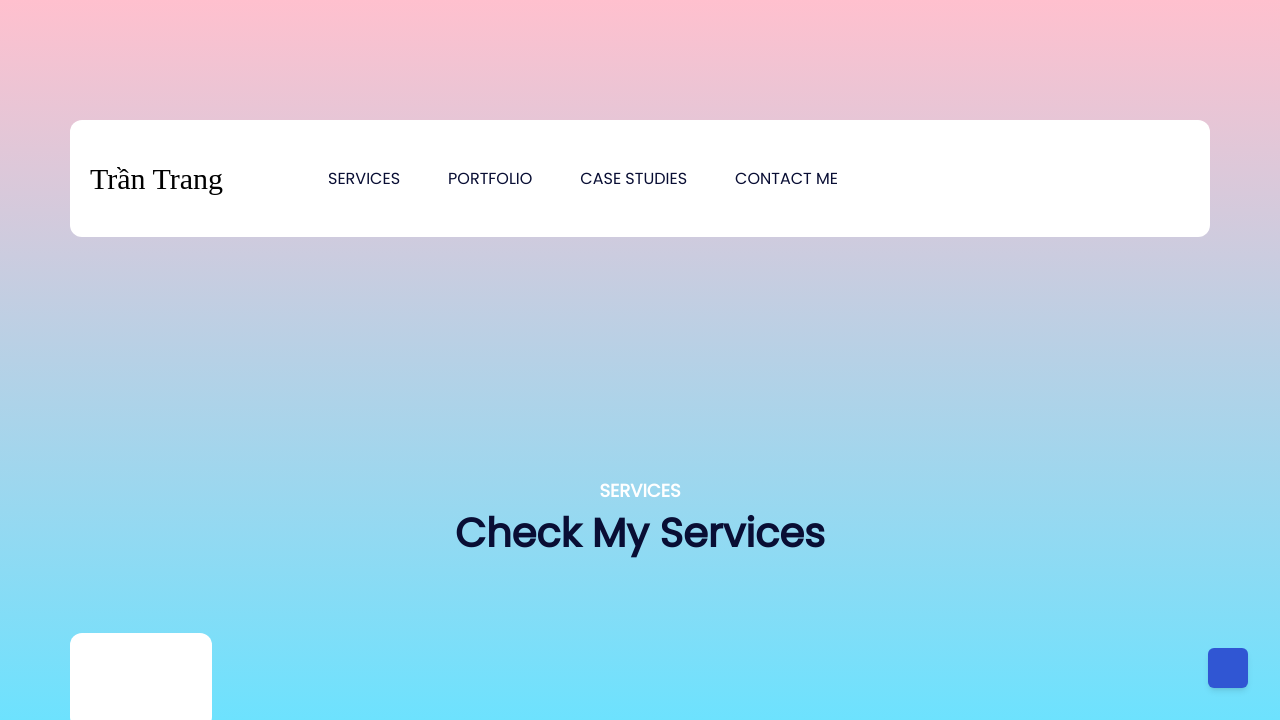
Repository: trantrang2101/CV
Page: index.html
The author's editor kept a copy of each file at every save. The page is drawn from the files as they stood at one save, then again after the next save.
The browser window is 1280 px wide. The pictures show the whole page.
An inner scrolling area shows only its first screen. Some web fonts or font styles are not loaded; a fallback is used.

Above is the page before, as saved 2022-07-13 19:35:30.
Console error: TypeError: Cannot read properties of null (reading 'offsetTop')

### index.html
<!DOCTYPE html>
<html lang="en" class="scroll-smooth">

<head>
    <meta charset="UTF-8" />
    <meta http-equiv="X-UA-Compatible" content="IE=edge" />
    <meta name="viewport" content="width=device-width, initial-scale=1.0" />
    <title>
        Play | Free Tailwind CSS Template for Startup and SaaS By TailGrids
    </title>
    <link rel="shortcut icon" href="assets/images/favicon.png" type="image/x-icon" />
    <link rel="stylesheet" href="assets/css/animate.css" />
    <link rel="stylesheet" href="assets/css/tailwind.css" />
    <link rel="stylesheet" href="assets/css/style.css" />

    <script src="assets/js/wow.min.js"></script>
    <script>
        new WOW().init();
    </script>
</head>

<body>
    <section id="home" class="pt-20 lg:pt-[120px] pb-20 lg:pb-[120px]">
        <div class="container">
            <div class="bg-white shadow-xl shadow-dark dark:shadow-xl dark:shadow-light wow fadeInUp rounded-xl"
                data-wow-delay=".2s" style="visibility: visible; animation-delay: 0.2s">
                <div class="flex -mx-4 px-5 items-center justify-between relative">
                    <div class="w-60 max-w-full">
                        <a href="#home" class="navbar-logo w-full block py-5">
                            <h1 class="font-script p-4">Trần Trang</h1>
                        </a>
                    </div>
                    <div class="flex justify-between items-center w-full">
                        <div>
                            <button id="navbarToggler"
                                class="block absolute mx-4 right-4 top-1/2 -translate-y-1/2 lg:hidden focus:ring-2 ring-primary px-3 py-[6px] rounded-lg">
                                <span class="relative w-[30px] h-[2px] my-[6px] block bg-dark"></span>
                                <span class="relative w-[30px] h-[2px] my-[6px] block bg-dark"></span>
                                <span class="relative w-[30px] h-[2px] my-[6px] block bg-dark"></span>
                            </button>
                            <nav id="navbarCollapse"
                                class="absolute py-5 lg:py-0 lg:px-4 xl:px-6 bg-white lg:bg-transparent shadow-lg rounded-lg max-w-[250px] w-full lg:max-w-full lg:w-full right-4 top-full hidden lg:block lg:static lg:shadow-none">
                                <ul class="blcok lg:flex">
                                    <li class="relative group">
                                        <a href="#services"
                                            class="ud-menu-scroll uppercase text-base text-dark lg:group-hover:opacity-70 lg:group-hover:text-dark group-hover:text-primary py-2 lg:py-6 lg:inline-flex lg:px-0 flex mx-8 lg:mr-0">
                                            services
                                        </a>
                                    </li>
                                    <li class="relative group">
                                        <a href="#portfolio"
                                            class="ud-menu-scroll uppercase text-base text-dark lg:text-dark lg:group-hover:opacity-70 lg:group-hover:text-dark group-hover:text-primary py-2 lg:py-6 lg:inline-flex lg:px-0 flex mx-8 lg:mr-0 lg:ml-7 xl:ml-12">
                                            portfolio
                                        </a>
                                    </li>
                                    <li class="relative group">
                                        <a href="#case"
                                            class="ud-menu-scroll uppercase text-base text-dark lg:text-dark lg:group-hover:opacity-70 lg:group-hover:text-dark group-hover:text-primary py-2 lg:py-6 lg:inline-flex lg:px-0 flex mx-8 lg:mr-0 lg:ml-7 xl:ml-12">
                                            case studies
                                        </a>
                                    </li>
                                    <li class="relative group">
                                        <a href="#contact"
                                            class="ud-menu-scroll uppercase text-base text-dark lg:text-dark lg:group-hover:opacity-70 lg:group-hover:text-dark group-hover:text-primary py-2 lg:py-6 lg:inline-flex lg:px-0 flex mx-8 lg:mr-0 lg:ml-7 xl:ml-12">
                                            contact me
                                        </a>
                                    </li>
                                </ul>
                            </nav>
                        </div>
                    </div>
                </div>
            </div>
        </div>
    </section>
    <section id="services" class="pt-20 lg:pt-[120px] pb-12 lg:pb-[90px] relative z-20 overflow-hidden">
        <div class="container">
            <div class="flex flex-wrap -mx-4">
                <div class="w-full px-4">
                    <div class="text-center mx-auto mb-[60px] lg:mb-20 max-w-[620px]">
                        <span class="font-semibold text-lg text-white mb-2 block">
                            SERVICES
                        </span>
                        <h2 class="font-bold text-3xl sm:text-4xl md:text-[40px] text-dark mb-4">
                            Check My Services
                        </h2>
                    </div>
                </div>
            </div>

            <div class="flex flex-wrap items-center justify-around">
                <div class="w-auto w-1/3">
                    <div class="bg-white rounded-xl relative z-10 overflow-hidden border border-primary border-opacity-20 shadow-pricing py-10 px-8 sm:p-12 lg:py-10 lg:px-6 xl:p-12 mb-10 text-center wow fadeInUp"
                        data-wow-delay=".15s" style="visibility: visible; animation-delay: 0.15s">

                    </div>
                    <div class="container">
                        <h3>Code các Thứ</h3>
                        <span class="" </div> </div> <div class="w-auto w-1/3">
                            <div class="bg-primary bg-gradient-to-b from-primary to-[#179BEE] rounded-xl relative z-10 overflow-hidden shadow-pricing py-10 px-8 sm:p-12 lg:py-10 lg:px-6 xl:p-12 mb-10 text-center wow fadeInUp"
                                data-wow-delay=".1s" style="visibility: visible; animation-delay: 0.1s">

                            </div>
                    </div>
                    <div class="w-auto w-1/3">
                        <div class="bg-white rounded-xl relative z-10 overflow-hidden border border-primary border-opacity-20 shadow-pricing py-10 px-8 sm:p-12 lg:py-10 lg:px-6 xl:p-12 mb-10 text-center wow fadeInUp"
                            data-wow-delay=".15s" style="visibility: visible; animation-delay: 0.15s">

                        </div>
                    </div>
                </div>
            </div>
    </section>
    <a href="javascript:void(0)"
        class="hidden items-center justify-center bg-primary text-white w-10 h-10 rounded-md fixed bottom-8 right-8 left-auto z-[999] hover:bg-dark back-to-top shadow-md transition duration-300 ease-in-out"
        style="display: flex">
        <span class="w-3 h-3 border-t border-l border-white rotate-45 mt-[6px]"></span>
    </a>
    <script src="assets/js/main.js"></script>
    <script>
        const pageLink = document.querySelectorAll(".ud-menu-scroll");
        pageLink.forEach((elem) => {
            elem.addEventListener("click", (e) => {
                e.preventDefault();
                document.querySelector(elem.getAttribute("href")).scrollIntoView({
                    behavior: "smooth",
                    offsetTop: 1 - 60,
                });
            });
        });

        // section menu active
        function onScroll(event) {
            const sections = document.querySelectorAll(".ud-menu-scroll");
            const scrollPos =
                window.pageYOffset ||
                document.documentElement.scrollTop ||
                document.body.scrollTop;

            for (let i = 0; i < sections.length; i++) {
                const currLink = sections[i];
                const val = currLink.getAttribute("href");
                const refElement = document.querySelector(val);
                const scrollTopMinus = scrollPos + 73;
                if (
                    refElement.offsetTop <= scrollTopMinus &&
                    refElement.offsetTop + refElement.offsetHeight > scrollTopMinus
                ) {
                    document
                        .querySelector(".ud-menu-scroll")
                        .classList.remove("active");
                    currLink.classList.add("active");
                } else {
                    currLink.classList.remove("active");
                }
            }
        }

        window.document.addEventListener("scroll", onScroll);
    </script>
</body>

</html>

### assets/css/style.css
html,
body {
  width: 100%;
  height: 100%;
}
html,
body {
  width: 100%;
  height: 100%;
  overflow: auto;
  background: linear-gradient(180deg, #ffc0ce 0%, #6de2fe 100%);
  background-repeat: no-repeat;
  background-position: center top;
  background-size: contain;
}
.font-script {
  font-family: "Imperial Script" !important;
}
h1.font-script {
  font-size: 30px;
}

### assets/js/main.js
(function () {
  "use strict";

  // ======= Sticky
  window.onscroll = function () {
    const ud_header = document.querySelector(".ud-header");
    const sticky = ud_header.offsetTop;
    const logo = document.querySelector(".header-logo");

    if (window.pageYOffset > sticky) {
      ud_header.classList.add("sticky");
    } else {
      ud_header.classList.remove("sticky");
    }

    // === logo change
    if (ud_header.classList.contains("sticky")) {
      logo.src = "assets/images/logo/logo.svg";
    } else {
      logo.src = "assets/images/logo/logo-white.svg";
    }

    // show or hide the back-top-top button
    const backToTop = document.querySelector(".back-to-top");
    if (
      document.body.scrollTop > 50 ||
      document.documentElement.scrollTop > 50
    ) {
      backToTop.style.display = "flex";
    } else {
      backToTop.style.display = "none";
    }
  };

  // ===== responsive navbar
  let navbarToggler = document.querySelector("#navbarToggler");
  const navbarCollapse = document.querySelector("#navbarCollapse");

  navbarToggler.addEventListener("click", () => {
    navbarToggler.classList.toggle("navbarTogglerActive");
    navbarCollapse.classList.toggle("hidden");
  });

  //===== close navbar-collapse when a  clicked
  document
    .querySelectorAll("#navbarCollapse ul li:not(.submenu-item) a")
    .forEach((e) =>
      e.addEventListener("click", () => {
        navbarToggler.classList.remove("navbarTogglerActive");
        navbarCollapse.classList.add("hidden");
      })
    );

  // ===== Sub-menu
  const submenuItems = document.querySelectorAll(".submenu-item");
  submenuItems.forEach((el) => {
    el.querySelector("a").addEventListener("click", () => {
      el.querySelector(".submenu").classList.toggle("hidden");
    });
  });

  // ===== Faq accordion
  const faqs = document.querySelectorAll(".single-faq");
  faqs.forEach((el) => {
    el.querySelector(".faq-btn").addEventListener("click", () => {
      el.querySelector(".icon").classList.toggle("rotate-180");
      el.querySelector(".faq-content").classList.toggle("hidden");
    });
  });

  // ===== wow js
  new WOW().init();

  // ====== scroll top js
  function scrollTo(element, to = 0, duration = 500) {
    const start = element.scrollTop;
    const change = to - start;
    const increment = 20;
    let currentTime = 0;

    const animateScroll = () => {
      currentTime += increment;

      const val = Math.easeInOutQuad(currentTime, start, change, duration);

      element.scrollTop = val;

      if (currentTime < duration) {
        setTimeout(animateScroll, increment);
      }
    };

    animateScroll();
  }

  Math.easeInOutQuad = function (t, b, c, d) {
    t /= d / 2;
    if (t < 1) return (c / 2) * t * t + b;
    t--;
    return (-c / 2) * (t * (t - 2) - 1) + b;
  };

  document.querySelector(".back-to-top").onclick = () => {
    scrollTo(document.documentElement);
  };
})();

Loaded but not shown: assets/css/animate.css (library); assets/css/tailwind.css (library); assets/js/wow.min.js (library)

After the next save:
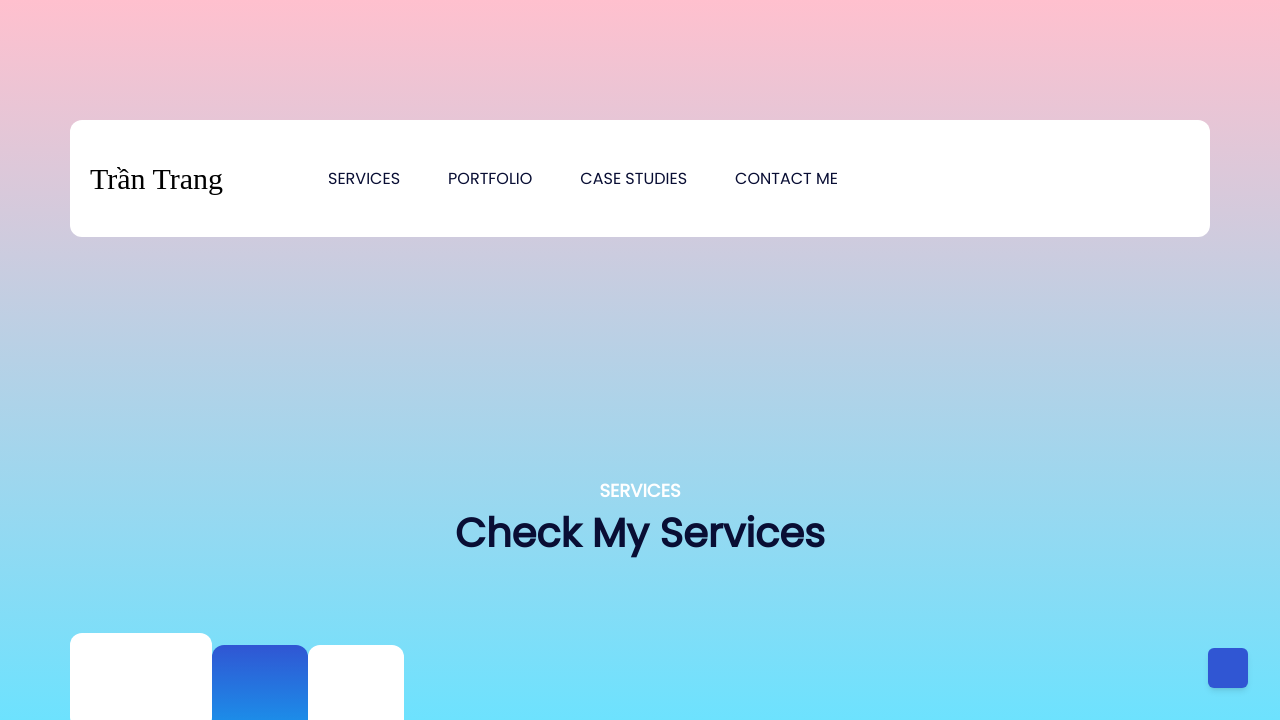
Saved 36 s later.
--- a/index.html
+++ b/index.html
@@ -96,20 +96,23 @@
                     </div>
                     <div class="container">
                         <h3>Code các Thứ</h3>
-                        <span class="" </div> </div> <div class="w-auto w-1/3">
-                            <div class="bg-primary bg-gradient-to-b from-primary to-[#179BEE] rounded-xl relative z-10 overflow-hidden shadow-pricing py-10 px-8 sm:p-12 lg:py-10 lg:px-6 xl:p-12 mb-10 text-center wow fadeInUp"
-                                data-wow-delay=".1s" style="visibility: visible; animation-delay: 0.1s">
+                        <span class=""></span>
+                    </div>
+                </div>
+                <div class="w-auto w-1/3">
+                    <div class="bg-primary bg-gradient-to-b from-primary to-[#179BEE] rounded-xl relative z-10 overflow-hidden shadow-pricing py-10 px-8 sm:p-12 lg:py-10 lg:px-6 xl:p-12 mb-10 text-center wow fadeInUp"
+                        data-wow-delay=".1s" style="visibility: visible; animation-delay: 0.1s">
 
-                            </div>
                     </div>
-                    <div class="w-auto w-1/3">
-                        <div class="bg-white rounded-xl relative z-10 overflow-hidden border border-primary border-opacity-20 shadow-pricing py-10 px-8 sm:p-12 lg:py-10 lg:px-6 xl:p-12 mb-10 text-center wow fadeInUp"
-                            data-wow-delay=".15s" style="visibility: visible; animation-delay: 0.15s">
+                </div>
+                <div class="w-auto w-1/3">
+                    <div class="bg-white rounded-xl relative z-10 overflow-hidden border border-primary border-opacity-20 shadow-pricing py-10 px-8 sm:p-12 lg:py-10 lg:px-6 xl:p-12 mb-10 text-center wow fadeInUp"
+                        data-wow-delay=".15s" style="visibility: visible; animation-delay: 0.15s">
 
-                        </div>
                     </div>
                 </div>
             </div>
+        </div>
     </section>
     <a href="javascript:void(0)"
         class="hidden items-center justify-center bg-primary text-white w-10 h-10 rounded-md fixed bottom-8 right-8 left-auto z-[999] hover:bg-dark back-to-top shadow-md transition duration-300 ease-in-out"
